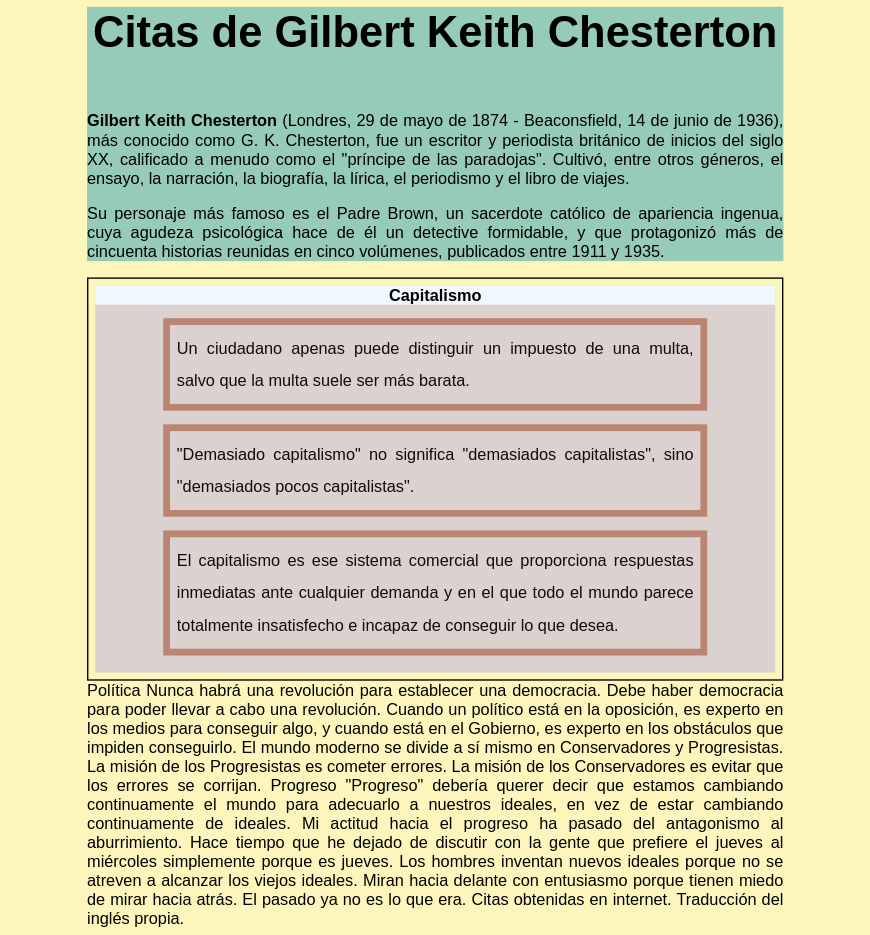
Repository: EmilyMachuca-Developer/Advanced-Programming-Projects
Page: index.html
The author's editor kept a copy of each file at every save. The page is drawn from the files as they stood at one save, then again after the next save.
The browser window is 1280 px wide. The pictures show the whole page, at 68% of full size.

Above is the page before, as saved 2024-02-26 20:37:55.

After the next save:
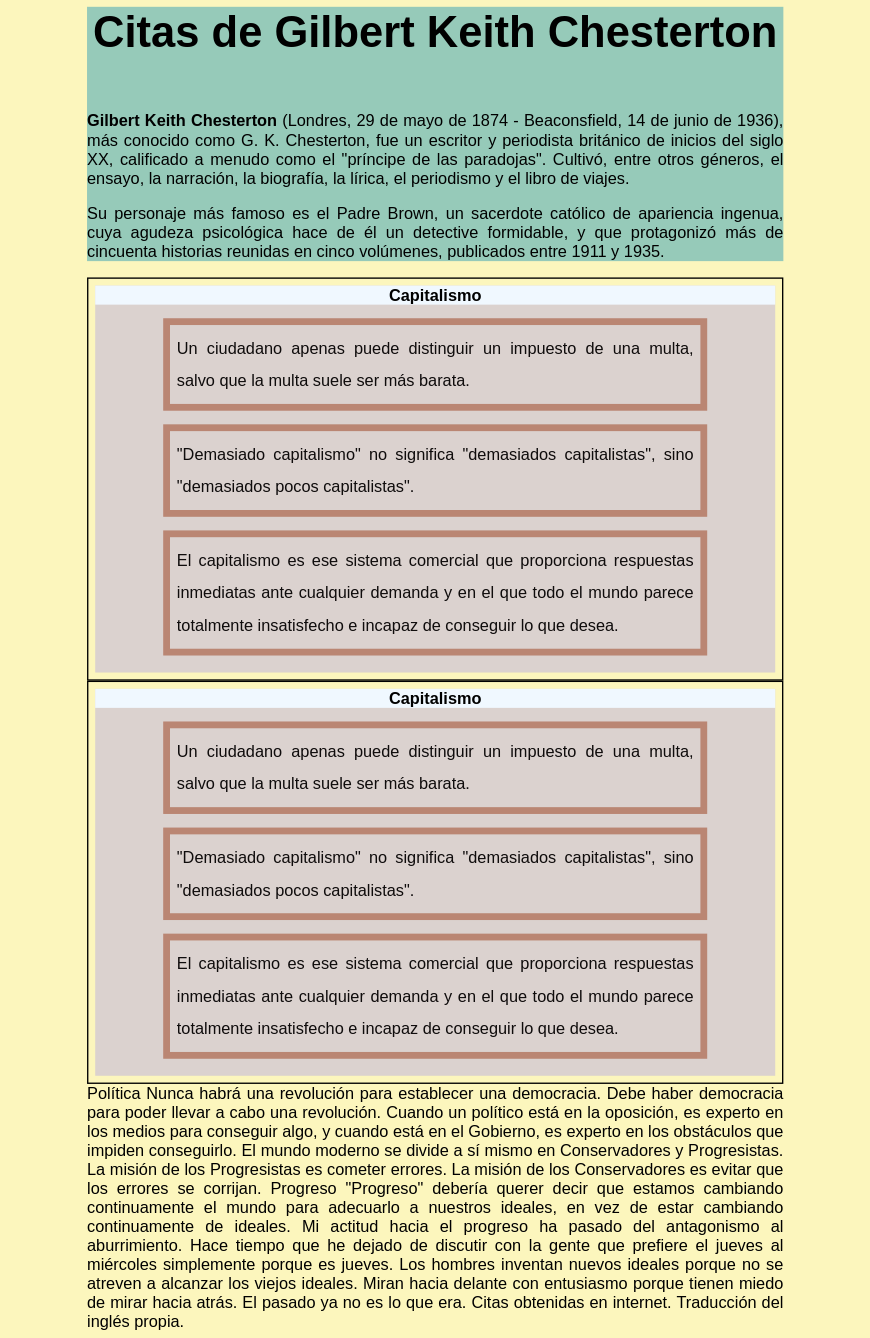
Saved 13 s later.
--- a/index.html
+++ b/index.html
@@ -16,6 +16,12 @@
             <div><p>"Demasiado capitalismo" no significa "demasiados capitalistas", sino "demasiados pocos capitalistas".</p></div>
             <div><p>El capitalismo es ese sistema comercial que proporciona respuestas inmediatas ante cualquier demanda y en el que todo el mundo parece totalmente insatisfecho e incapaz de conseguir lo que desea.</p></div>
         </div></section></main>
+
+        <main><section><div style="background-color: aliceblue;"><h7><strong><center>Capitalismo</center></strong></h7></div>
+            <div><p>Un ciudadano apenas puede distinguir un impuesto de una multa, salvo que la multa suele ser más barata.</p>
+                <div><p>"Demasiado capitalismo" no significa "demasiados capitalistas", sino "demasiados pocos capitalistas".</p></div>
+                <div><p>El capitalismo es ese sistema comercial que proporciona respuestas inmediatas ante cualquier demanda y en el que todo el mundo parece totalmente insatisfecho e incapaz de conseguir lo que desea.</p></div>
+            </div></section></main>
 
 
 
